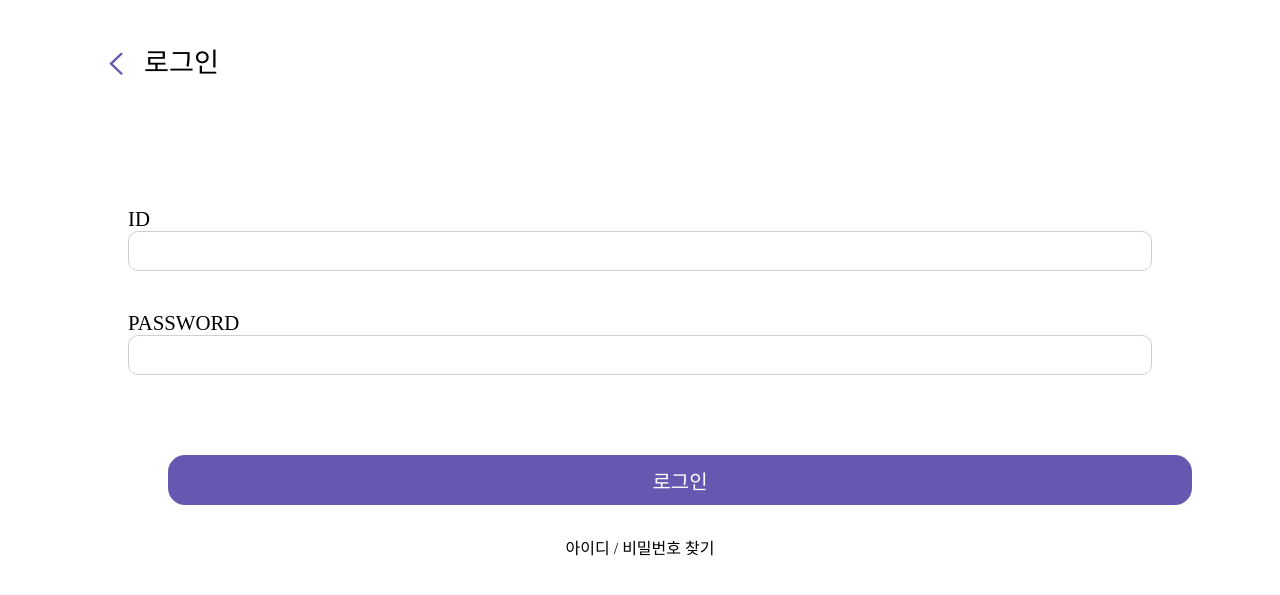
Repository: PEPI-dev/UI
Page: login/login.html
An editor plug-in stored every save of this project. The page is shown before and after a run of saves, followed by the edit.
The browser window is 1280 px wide. The pictures show the whole page.
Some web fonts or font styles are not loaded; a fallback is used.

Above is the page before, as saved 2023-12-05 16:42:43.

After the next 3 saves:
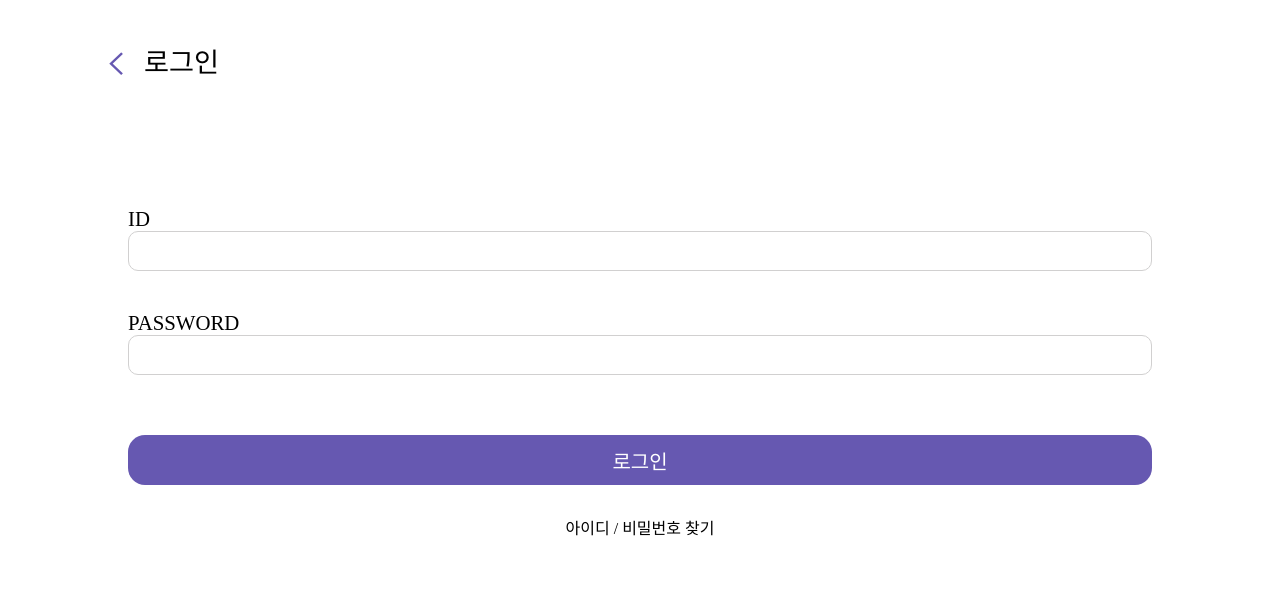
The 3 saves are shown as one change because they came seconds apart.
The last was saved 11 s later.
--- a/login/login.css
+++ b/login/login.css
@@ -4,8 +4,8 @@
 
 .button{
     width: 100%;
-    margin-top: 70px;
-    margin-left: 40px;
+    /* margin-top: 70px;
+    margin-left: 40px; */
 }
 
 .input_form{
